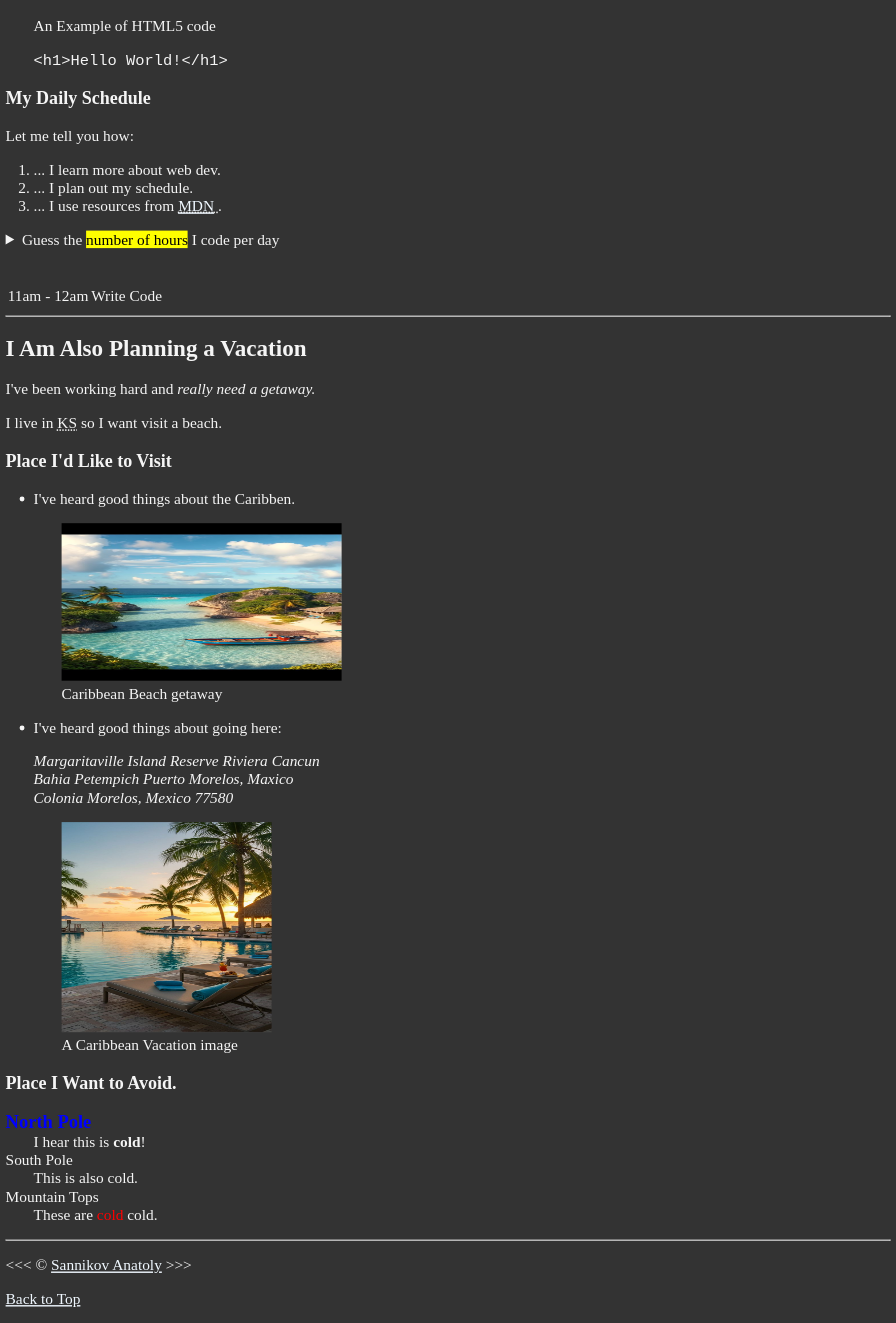
Repository: sannikovcode/exercises-a1
Page: JS/test1/task3/index.html
These files come from the project's save history. The page is drawn as it stood at one moment and after the next save; the edit follows.
The browser window is 1280 px wide. The pictures show the part of the page from y = 688 to 2608 px (the page is 2578 px tall before and 2608 px after), at 70% of full size.

Above is the page before, as saved 2025-10-14 15:46:08.

After the next save:
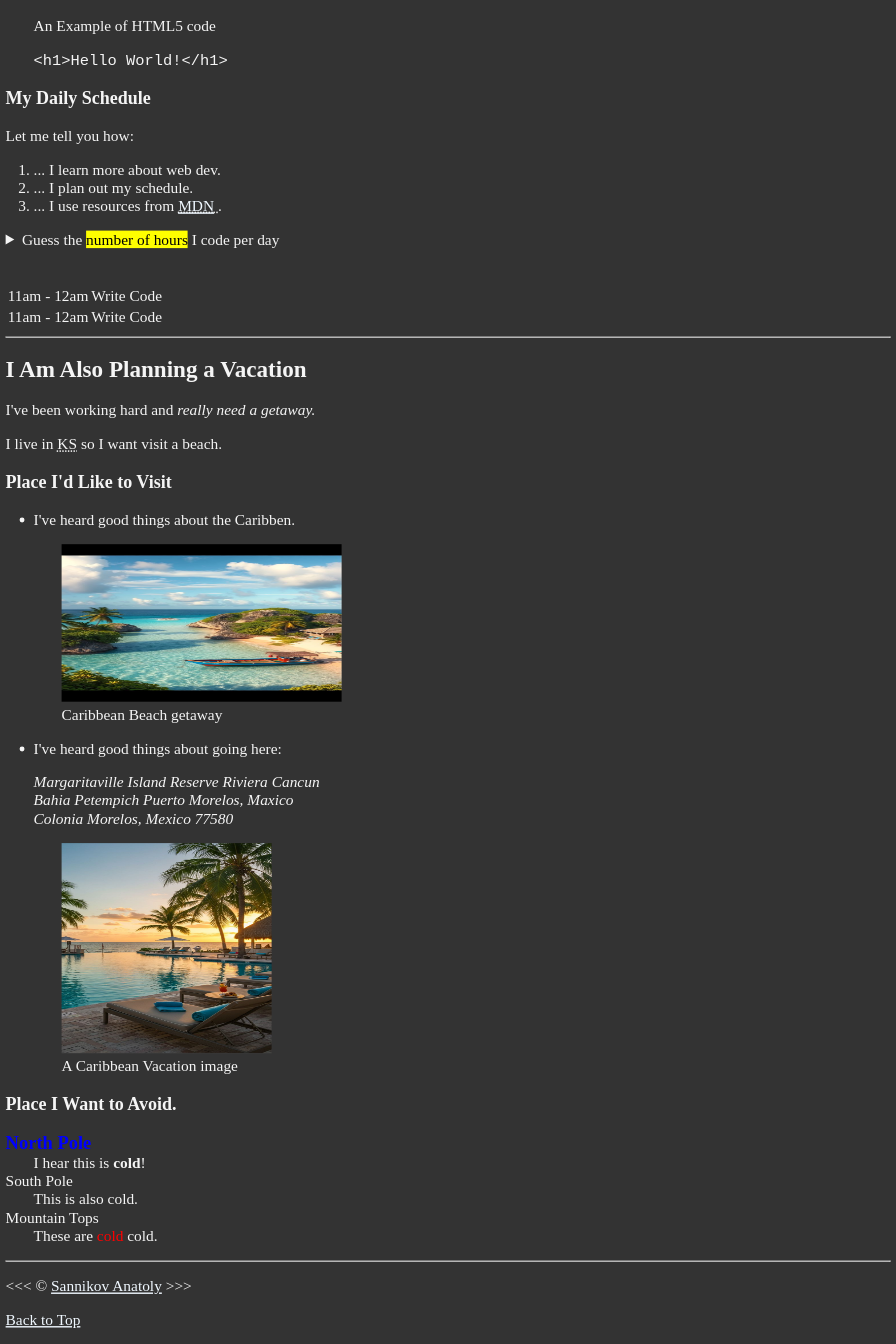
Saved 27 s later.
--- a/JS/test1/task3/index.html
+++ b/JS/test1/task3/index.html
@@ -60,6 +60,13 @@
         <br>
         <br>
         <table>
+          <tr>
+            <td>
+              <time datetime="11:00">11am</time> -
+              <time datetime="12:00">12am</time>
+            </td>
+            <td>Write Code</td>
+          </tr>
           <tr>
             <td>
               <time datetime="11:00">11am</time> -
